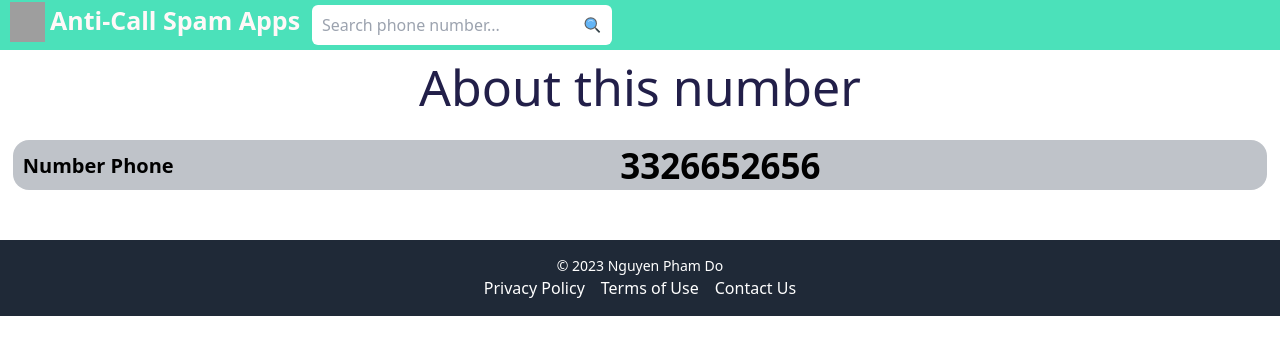
Repository: NPham1402/Web-user-callSpamBlocker
Page: /detail
The author's editor kept a copy of each file at every save. The page is drawn from the files as they stood at one save, then again after the next save.
The browser window is 1280 px wide. The pictures show the whole page.
Pictures or frames that could not be fetched are drawn as grey boxes. The page's requests for data from a server got no answer. The project was rebuilt for these pictures with package versions that can differ from the ones it lists, and the page was loaded fresh each time. The framework's server and built-in components were replaced by stand-ins that run in the browser. No one was signed in, and anything a server would have sent is missing. Also part of the build but not shown: next.config.js.

Above is the page before, as saved 2023-02-13 15:50:49.

### pages/detail.js
import axios from "axios";
import Head from "next/head";
import { useRouter } from "next/router";
import React, { useEffect } from "react";
import { FcSearch } from "react-icons/fc";
import MiniCompoent from "./components/miniCompoent";
function detail() {
  const router = useRouter();
  const {
    query: { id },
  } = router;
  useEffect(() => {
    axios.get("");
  }, []);
  return (
    <>
      {" "}
      <Head>
        <title>Check number spam</title>
        <meta name="description" content="Generated by create next app" />
        <meta name="viewport" content="width=device-width, initial-scale=1" />
        <link rel="icon" href="/favicon.ico" />
      </Head>
      <main className="relative">
        <div className="w-100 pl-[10px] pt-[2px] flex flex-row h-[50px] bg-[#4BE1BA]">
          <img
            src="https://static.callblocker.org/img/logo.png"
            className=" w-[35px] h-[40px]"
          />
          <p className="pl-[5px] pt-[6px] leading-none font-Raleway font-bold text-[25px] text-[#FFF8F8] ">
            Anti-Call Spam Apps
          </p>
          <div className="flex flex-row p-[10px] rounded-[6px]  w-[300px] h-[40px] ml-[12px] mt-[3px] bg-white">
            <input
              className="w-full h-full outline-none"
              placeholder="Search phone number..."
            />
            <FcSearch className="text-[20px] cursor-pointer" />
          </div>
        </div>
        <p className=" font-medium text-[50px] text-center text-[#221f49] ">
          About this number
        </p>
        <div className="w-[98%] my-[15px] rounded-[16px]  mx-auto h-[50px] bg-[#bfc3c9]">
          <MiniCompoent
            types="line"
            headerLine="Number Phone"
            contents="3326652656"
          />
        </div>
      </main>
      <footer className="bg-gray-800 mt-[50px] text-white py-4">
        <div className="container mx-auto">
          <p className="text-center text-sm">&copy; 2023 Nguyen Pham Do</p>
          <div className="flex justify-center">
            <a href="#" className="text-white mx-2">
              Privacy Policy
            </a>
            <a href="#" className="text-white mx-2">
              Terms of Use
            </a>
            <a href="#" className="text-white mx-2">
              Contact Us
            </a>
          </div>
        </div>
      </footer>
    </>
  );
}

export default detail;

### styles/globals.css
@tailwind base;
@tailwind components;
@tailwind utilities;
@import url('https://fonts.googleapis.com/css2?family=Raleway:ital&display=swap');

### pages/components/miniCompoent.js
import React from "react";

export default function MiniCompoent(props) {
  return props.types == "line" ? (
    <div className="flex flex-row">
      <p className="text-[20px] font-semibold ml-[10px]  my-auto align-text-bottom">
        {props.headerLine}
      </p>
      <p className="text-[35px] m-auto font-bold">{props.contents}</p>
    </div>
  ) : (
    <></>
  );
}

Loaded but not shown: pages/_app.js (common file); pages/_document.js (common file); tailwind.config.js (common file)

After the next save:
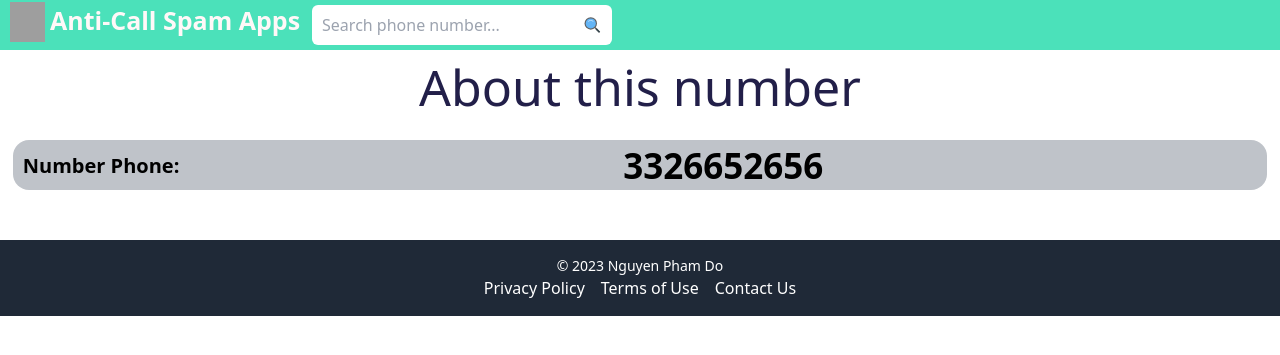
Saved 11 s later.
--- a/pages/detail.js
+++ b/pages/detail.js
@@ -44,7 +44,7 @@ function detail() {
         <div className="w-[98%] my-[15px] rounded-[16px]  mx-auto h-[50px] bg-[#bfc3c9]">
           <MiniCompoent
             types="line"
-            headerLine="Number Phone"
+            headerLine="Number Phone:"
             contents="3326652656"
           />
         </div>
